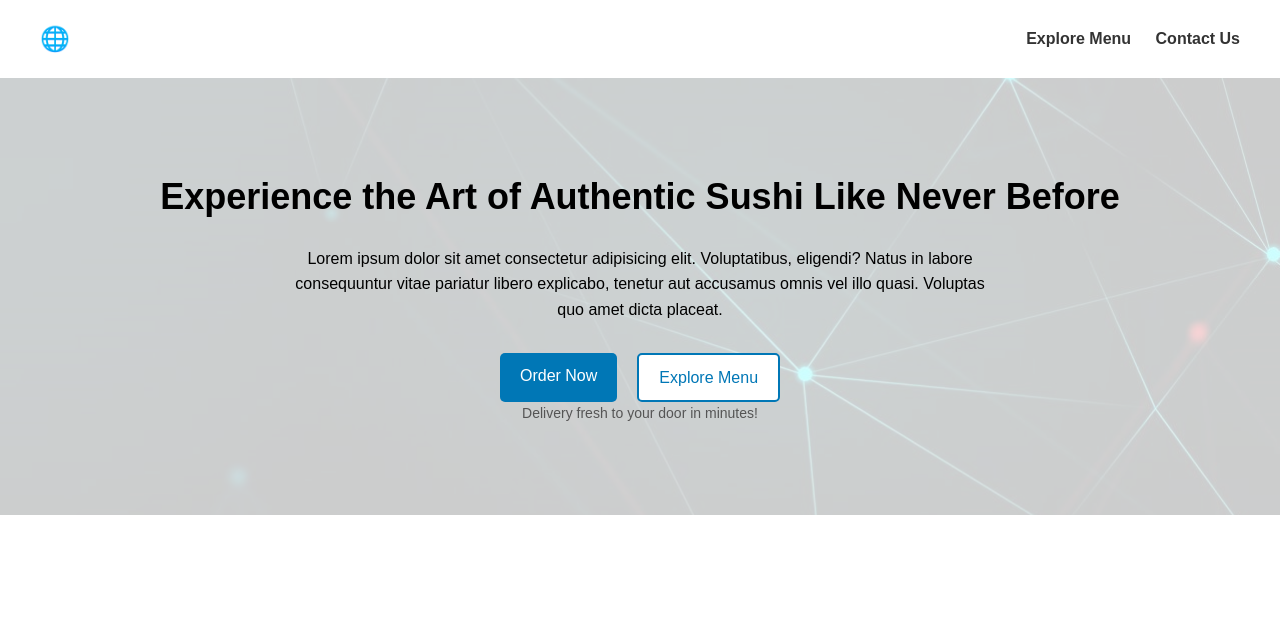
Repository: Femi007-gh/experience
Page: index.html
These files come from the project's save history. The page is drawn as it stood at one moment and after a run of saves; the edit follows.
The browser window is 1280 px wide. The pictures show the whole page.

Above is the page before, as saved 2025-01-17 10:36:24.

### index.html
<html>
  <head>
    <title></title>
    <link rel="stylesheet" href="style.css">
  </head>
  <body>
    <header>
      <div class="logo">🌐</div>
      <nav>
        <a href="#">Explore Menu</a>
        <a href="#">Contact Us</a>
      </nav>
    </header>
    <main>
      <section class="hero">
        <h1>Experience the Art of Authentic Sushi Like Never Before</h1>

        <p>Lorem ipsum dolor sit amet consectetur adipisicing elit. Voluptatibus, eligendi? Natus in labore consequuntur vitae pariatur libero explicabo, tenetur aut accusamus omnis vel illo quasi. Voluptas quo amet dicta placeat.</p>
        <div class="cta-buttons">
          <a href="#" class="btn-primary">Order Now</a>
          <a href="#" class="btn-secondary">Explore Menu</a>
        </div>
        <p class="delivery-info">Delivery fresh to your door in minutes!</p>
      </section>
    </main>
  </body>
</html>

### style.css
/* body or * */
body {
  padding: 0;
  margin: 0;
  background-color: white;
  font-family: Arial, Helvetica, sans-serif;
  line-height: 1.6;
}

header {
  display: flex;
  justify-content: space-between;
  align-items: center;
  padding: 20px 40px;
  background-color: #fff;
}

header .logo {
  font-size: 24px;
}

header nav a {
  text-decoration: none;
  margin-left: 20px;
  color: #333;
  font-weight: 600;
}

header nav a:hover {
  color: #0077b6;
}

.hero {
  text-align: center;
  padding: 60px 20px;
  background: #fff url('ART.jpg') no-repeat center;
  background-size: cover;
  position: relative;
}

.hero::before {
  content: "";
  position: absolute;
  top: 0;
  left: 0;
  width: 100%;
  height: 100%;
  background-color: rgba(255, 255, 255, 0.8);
}

.hero h1 {
  font-size: 36px;
  font-weight: 700;
  position: relative;
  margin-bottom: 20px;
}

.hero p {
  max-width: 700px;
  margin: 0 auto 30px;
  position: relative;
}

.cta-buttons {
  display: flex;
  justify-content: center;
  gap: 20px;
  margin-top: 20px;
  position: relative;
}

.btn-primary {
  color: #fff;
  text-decoration: none;
  padding: 10px 20px;
  border-radius: 5px;
  background: #0077b6;
}

.btn-primary:hover {
  background-color: #005f8a;
}

.btn-secondary {
  background: #fff;
  color: #0077b6;
  text-decoration: none;
  padding: 10px 20px;
  border: 2px solid #0077b6;
  border-radius: 5px;
}

.btn-secondary:hover {
  background: #0077b6;
  color: #fff;
}

.delivery-info {
  margin-top: 20px;
  font-size: 14px;
  color: #555;
  position: relative;
}

After the next 3 saves:
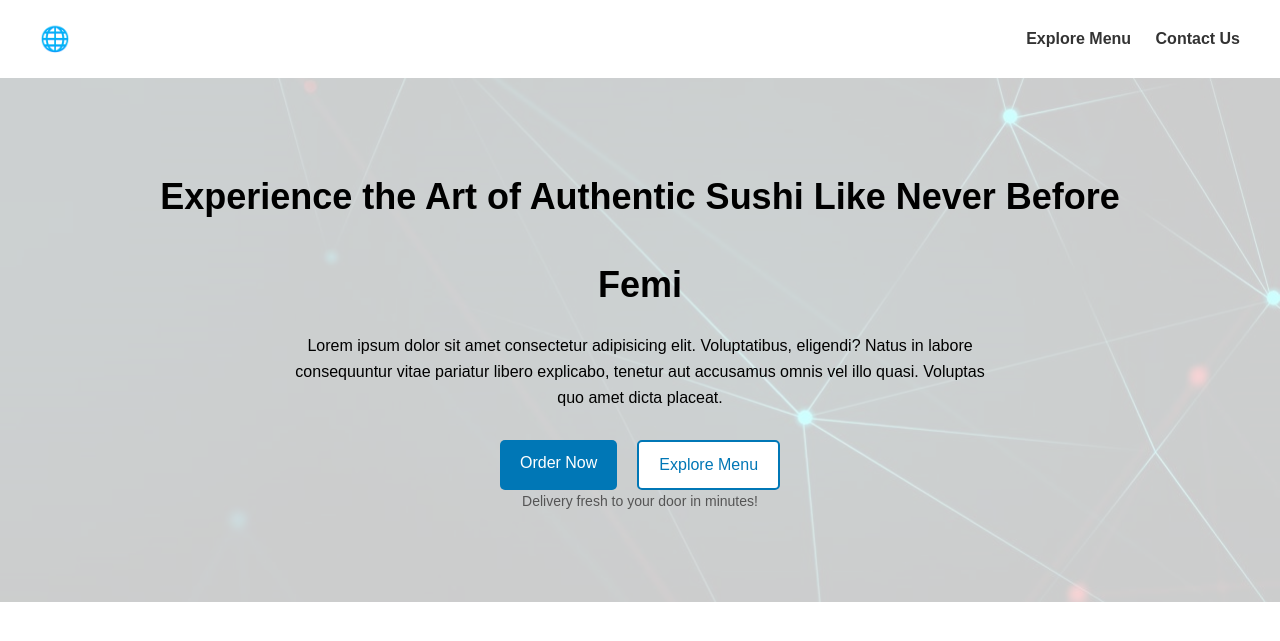
The 3 saves are shown as one change because they came seconds apart.
The last was saved 11 s later.
--- a/index.html
+++ b/index.html
@@ -14,7 +14,7 @@
     <main>
       <section class="hero">
         <h1>Experience the Art of Authentic Sushi Like Never Before</h1>
-
+        <h1>Femi</h1>
         <p>Lorem ipsum dolor sit amet consectetur adipisicing elit. Voluptatibus, eligendi? Natus in labore consequuntur vitae pariatur libero explicabo, tenetur aut accusamus omnis vel illo quasi. Voluptas quo amet dicta placeat.</p>
         <div class="cta-buttons">
           <a href="#" class="btn-primary">Order Now</a>
